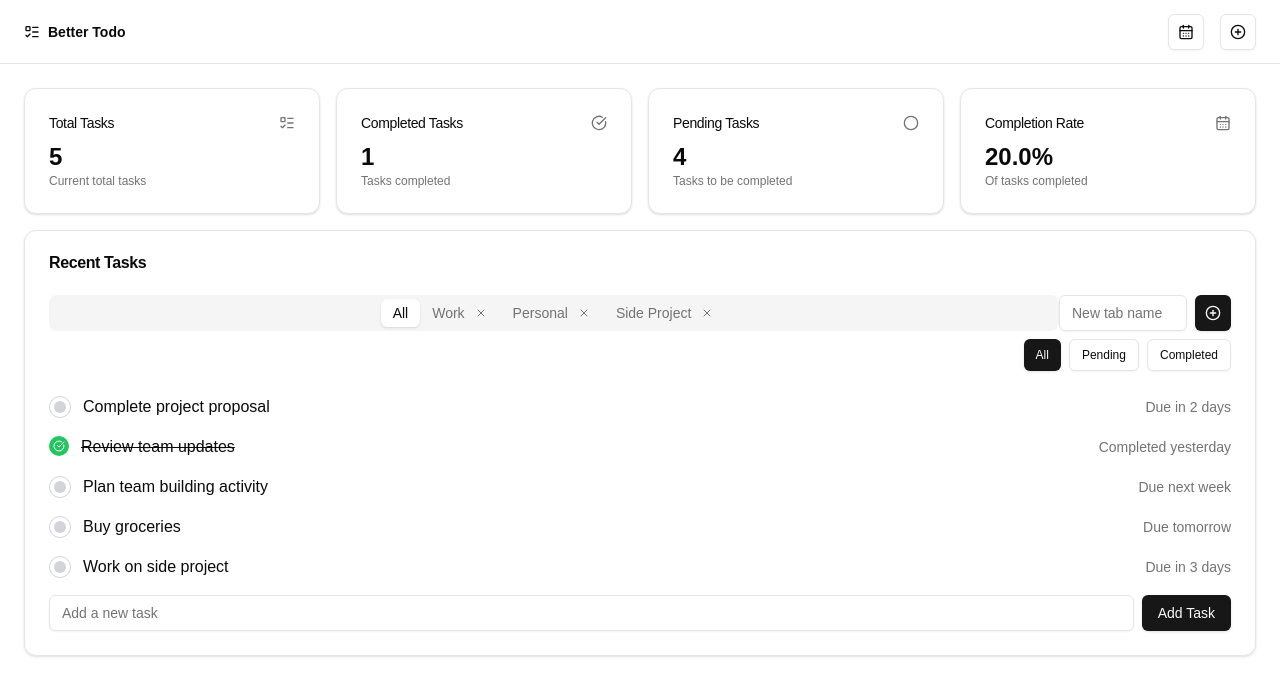
Repository: malikbarbier7/better-todo
Page: /dashboard
An editor plug-in stored every save of this project. The page is shown before and after the next save, followed by the edit.
The browser window is 1280 px wide. The pictures show the whole page.
The project was rebuilt for these pictures with package versions that can differ from the ones it lists, and the page was loaded fresh each time. The framework's server and built-in components were replaced by stand-ins that run in the browser. Also part of the build but not shown: next.config.js, next.config.mjs.

Above is the page before, as saved 2024-10-04 10:47:37.

### app/dashboard/page.tsx
import { Dashboard } from '@/components/dashboard'

export default function DashboardPage() {
  return <Dashboard />
}

### components/dashboard.tsx
'use client'

import React from 'react'
import { Button } from "@/components/ui/button"
import { Card, CardContent, CardHeader, CardTitle } from "@/components/ui/card"
import { Input } from "@/components/ui/input"
import { Tabs, TabsContent, TabsList, TabsTrigger } from "@/components/ui/tabs"
import { CalendarDays, CheckCircle, Circle, ListTodo, PlusCircle, X } from "lucide-react"

export function Dashboard() {
  const [tabs, setTabs] = React.useState(['All', 'Work', 'Personal', 'Side Project'])
  const [activeTab, setActiveTab] = React.useState('All')
  const [newTabName, setNewTabName] = React.useState('')
  const [newTaskName, setNewTaskName] = React.useState('')
  const [tasks, setTasks] = React.useState({
    'All': [
      { id: 1, name: 'Complete project proposal', status: 'pending', category: 'Work', dueDate: 'Due in 2 days' },
      { id: 2, name: 'Review team updates', status: 'completed', category: 'Work', dueDate: 'Completed yesterday' },
      { id: 3, name: 'Plan team building activity', status: 'pending', category: 'Work', dueDate: 'Due next week' },
      { id: 4, name: 'Buy groceries', status: 'pending', category: 'Personal', dueDate: 'Due tomorrow' },
      { id: 5, name: 'Work on side project', status: 'pending', category: 'Side Project', dueDate: 'Due in 3 days' },
    ],
    'Work': [
      { id: 1, name: 'Complete project proposal', status: 'pending', category: 'Work', dueDate: 'Due in 2 days' },
      { id: 2, name: 'Review team updates', status: 'completed', category: 'Work', dueDate: 'Completed yesterday' },
      { id: 3, name: 'Plan team building activity', status: 'pending', category: 'Work', dueDate: 'Due next week' },
    ],
    'Personal': [
      { id: 4, name: 'Buy groceries', status: 'pending', category: 'Personal', dueDate: 'Due tomorrow' },
    ],
    'Side Project': [
      { id: 5, name: 'Work on side project', status: 'pending', category: 'Side Project', dueDate: 'Due in 3 days' },
    ],
  })

  const [taskFilter, setTaskFilter] = React.useState('all')

  const handleAddTab = () => {
    if (newTabName && !tabs.includes(newTabName)) {
      setTabs([...tabs, newTabName])
      setTasks({ ...tasks, [newTabName]: [] })
      setActiveTab(newTabName)
      setNewTabName('')
    }
  }

  const handleRemoveTab = (tab: string) => {
    if (tab !== 'All') {
      const newTabs = tabs.filter(t => t !== tab)
      const { [tab]: removedTasks, ...restTasks } = tasks
      setTabs(newTabs)
      setTasks(restTasks)
      setActiveTab('All')
    }
  }

  const handleAddTask = (e: React.FormEvent) => {
    e.preventDefault()
    if (newTaskName) {
      const newTask = {
        id: Date.now(),
        name: newTaskName,
        status: 'pending',
        category: activeTab === 'All' ? 'Uncategorized' : activeTab,
        dueDate: 'Not set'
      }
      setTasks(prevTasks => ({
        ...prevTasks,
        [activeTab]: [...prevTasks[activeTab], newTask],
        'All': [...prevTasks['All'], newTask]
      }))
      setNewTaskName('')
    }
  }

  const handleTaskStatusChange = (taskId: string, newStatus: 'completed' | 'pending') => {
    setTasks(prevTasks => {
      const updatedTasks = { ...prevTasks };
      for (const category in updatedTasks) {
        updatedTasks[category] = updatedTasks[category].map(task =>
          task.id.toString() === taskId ? { ...task, status: newStatus } : task
        );
      }
      return updatedTasks;
    });
  };

  // Calculer le nombre total de tâches
  const totalTasks = tasks['All'].length;

  // Calculer le nombre de tâches complétées
  const completedTasks = tasks['All'].filter(task => task.status === 'completed').length;

  // Calculer le nombre de tâches en attente
  const pendingTasks = totalTasks - completedTasks;

  // Calculer le taux de complétion
  const completionRate = totalTasks > 0 ? ((completedTasks / totalTasks) * 100).toFixed(1) : '0.0';

  const filteredTasks = React.useMemo(() => {
    return tasks[activeTab]?.filter(task => {
      if (taskFilter === 'all') return true;
      if (taskFilter === 'pending') return task.status === 'pending';
      if (taskFilter === 'completed') return task.status === 'completed';
      return true;
    }) || [];
  }, [tasks, activeTab, taskFilter]);

  return (
    <div className="flex flex-col min-h-screen">
      <header className="flex items-center h-16 px-4 border-b shrink-0 md:px-6">
        <nav className="flex-1">
          <ul className="flex items-center gap-4 text-sm font-medium">
            <li className="flex items-center gap-2">
              <ListTodo className="w-4 h-4" />
              <span className="font-bold">Better Todo</span>
            </li>
          </ul>
        </nav>
        <div className="flex items-center gap-4 md:gap-2 lg:gap-4">
          <Button variant="outline" size="icon">
            <CalendarDays className="w-4 h-4" />
            <span className="sr-only">View calendar</span>
          </Button>
          <Button variant="outline" size="icon">
            <PlusCircle className="w-4 h-4" />
            <span className="sr-only">Create new task</span>
          </Button>
        </div>
      </header>
      <main className="flex-1 overflow-auto p-4 md:p-6">
        <div className="grid gap-4 md:grid-cols-2 lg:grid-cols-4">
          <Card>
            <CardHeader className="flex flex-row items-center justify-between pb-2 space-y-0">
              <CardTitle className="text-sm font-medium">Total Tasks</CardTitle>
              <ListTodo className="w-4 h-4 text-muted-foreground" />
            </CardHeader>
            <CardContent>
              <div className="text-2xl font-bold">{totalTasks}</div>
              <p className="text-xs text-muted-foreground">Current total tasks</p>
            </CardContent>
          </Card>
          <Card>
            <CardHeader className="flex flex-row items-center justify-between pb-2 space-y-0">
              <CardTitle className="text-sm font-medium">Completed Tasks</CardTitle>
              <CheckCircle className="w-4 h-4 text-muted-foreground" />
            </CardHeader>
            <CardContent>
              <div className="text-2xl font-bold">{completedTasks}</div>
              <p className="text-xs text-muted-foreground">Tasks completed</p>
            </CardContent>
          </Card>
          <Card>
            <CardHeader className="flex flex-row items-center justify-between pb-2 space-y-0">
              <CardTitle className="text-sm font-medium">Pending Tasks</CardTitle>
              <Circle className="w-4 h-4 text-muted-foreground" />
            </CardHeader>
            <CardContent>
              <div className="text-2xl font-bold">{pendingTasks}</div>
              <p className="text-xs text-muted-foreground">Tasks to be completed</p>
            </CardContent>
          </Card>
          <Card>
            <CardHeader className="flex flex-row items-center justify-between pb-2 space-y-0">
              <CardTitle className="text-sm font-medium">Completion Rate</CardTitle>
              <CalendarDays className="w-4 h-4 text-muted-foreground" />
            </CardHeader>
            <CardContent>
              <div className="text-2xl font-bold">{completionRate}%</div>
              <p className="text-xs text-muted-foreground">Of tasks completed</p>
            </CardContent>
          </Card>
        </div>
        <Card className="mt-4">
          <CardHeader>
            <CardTitle>Recent Tasks</CardTitle>
          </CardHeader>
          <CardContent>
            <Tabs value={activeTab} onValueChange={setActiveTab} className="w-full">
              <div className="flex flex-col">
                <div className="mb-4">
                  <div className="flex justify-between items-center">
                    <TabsList className="flex-grow">
                      {tabs.map((tab) => (
                        <TabsTrigger key={tab} value={tab} className="flex items-center">
                          {tab}
                          {tab !== 'All' && (
                            <Button
                              variant="ghost"
                              size="icon"
                              className="ml-2 h-4 w-4"
                              onClick={(e) => {
                                e.stopPropagation()
                                handleRemoveTab(tab)
                              }}
                            >
                              <X className="h-3 w-3" />
                            </Button>
                          )}
                        </TabsTrigger>
                      ))}
                    </TabsList>
                    <div className="flex items-center space-x-2">
                      <Input
                        placeholder="New tab name"
                        value={newTabName}
                        onChange={(e) => setNewTabName(e.target.value)}
                        className="w-32"
                      />
                      <Button onClick={handleAddTab} size="icon">
                        <PlusCircle className="h-4 w-4" />
                      </Button>
                    </div>
                  </div>
                  <div className="flex justify-end mt-2">
                    <div className="flex items-center space-x-2">
                      <Button
                        size="sm"
                        variant={taskFilter === 'all' ? 'default' : 'outline'}
                        onClick={() => setTaskFilter('all')}
                      >
                        All
                      </Button>
                      <Button
                        size="sm"
                        variant={taskFilter === 'pending' ? 'default' : 'outline'}
                        onClick={() => setTaskFilter('pending')}
                      >
                        Pending
                      </Button>
                      <Button
                        size="sm"
                        variant={taskFilter === 'completed' ? 'default' : 'outline'}
                        onClick={() => setTaskFilter('completed')}
                      >
                        Completed
                      </Button>
                    </div>
                  </div>
                </div>
                <div>
                  {tabs.map((tab) => (
                    <TabsContent key={tab} value={tab}>
                      <div className="space-y-4">
                        {filteredTasks.map((task) => (
                          <div key={task.id} className="flex items-center">
                            <div className="relative">
                              {task.status === 'completed' ? (
                                <button
                                  className="p-1 bg-green-500 text-white rounded-full"
                                  onClick={() => handleTaskStatusChange(task.id.toString(), 'pending')}
                                >
                                  <CheckCircle className="w-3 h-3" />
                                </button>
                              ) : (
                                <button
                                  className="p-1 border border-gray-300 rounded-full flex items-center justify-center"
                                  onClick={() => handleTaskStatusChange(task.id.toString(), 'completed')}
                                >
                                  <div className="w-3 h-3 bg-gray-300 rounded-full"></div>
                                </button>
                              )}
                            </div>
                            <span className={`ml-3 flex-1 ${task.status === 'completed' ? 'line-through' : ''}`}>{task.name}</span>
                            <span className="text-sm text-muted-foreground">{task.dueDate}</span>
                          </div>
                        ))}
                      </div>
                      <form onSubmit={handleAddTask} className="mt-4 flex items-center space-x-2">
                        <Input
                          placeholder="Add a new task"
                          value={newTaskName}
                          onChange={(e) => setNewTaskName(e.target.value)}
                          className="flex-grow"
                        />
                        <Button type="submit">Add Task</Button>
                      </form>
                    </TabsContent>
                  ))}
                </div>
              </div>
            </Tabs>
          </CardContent>
        </Card>
      </main>
    </div>
  )
}

### components/ui/button.tsx
import * as React from "react"
import { Slot } from "@radix-ui/react-slot"
import { cva, type VariantProps } from "class-variance-authority"

import { cn } from "@/lib/utils"

const buttonVariants = cva(
  "inline-flex items-center justify-center whitespace-nowrap rounded-md text-sm font-medium transition-colors focus-visible:outline-none focus-visible:ring-1 focus-visible:ring-ring disabled:pointer-events-none disabled:opacity-50",
  {
    variants: {
      variant: {
        default:
          "bg-primary text-primary-foreground shadow hover:bg-primary/90",
        destructive:
          "bg-destructive text-destructive-foreground shadow-sm hover:bg-destructive/90",
        outline:
          "border border-input bg-background shadow-sm hover:bg-accent hover:text-accent-foreground",
        secondary:
          "bg-secondary text-secondary-foreground shadow-sm hover:bg-secondary/80",
        ghost: "hover:bg-accent hover:text-accent-foreground",
        link: "text-primary underline-offset-4 hover:underline",
      },
      size: {
        default: "h-9 px-4 py-2",
        sm: "h-8 rounded-md px-3 text-xs",
        lg: "h-10 rounded-md px-8",
        icon: "h-9 w-9",
      },
    },
    defaultVariants: {
      variant: "default",
      size: "default",
    },
  }
)

export interface ButtonProps
  extends React.ButtonHTMLAttributes<HTMLButtonElement>,
    VariantProps<typeof buttonVariants> {
  asChild?: boolean
}

const Button = React.forwardRef<HTMLButtonElement, ButtonProps>(
  ({ className, variant, size, asChild = false, ...props }, ref) => {
    const Comp = asChild ? Slot : "button"
    return (
      <Comp
        className={cn(buttonVariants({ variant, size, className }))}
        ref={ref}
        {...props}
      />
    )
  }
)
Button.displayName = "Button"

export { Button, buttonVariants }

### components/ui/card.tsx
import * as React from "react"

import { cn } from "@/lib/utils"

const Card = React.forwardRef<
  HTMLDivElement,
  React.HTMLAttributes<HTMLDivElement>
>(({ className, ...props }, ref) => (
  <div
    ref={ref}
    className={cn(
      "rounded-xl border bg-card text-card-foreground shadow",
      className
    )}
    {...props}
  />
))
Card.displayName = "Card"

const CardHeader = React.forwardRef<
  HTMLDivElement,
  React.HTMLAttributes<HTMLDivElement>
>(({ className, ...props }, ref) => (
  <div
    ref={ref}
    className={cn("flex flex-col space-y-1.5 p-6", className)}
    {...props}
  />
))
CardHeader.displayName = "CardHeader"

const CardTitle = React.forwardRef<
  HTMLParagraphElement,
  React.HTMLAttributes<HTMLHeadingElement>
>(({ className, ...props }, ref) => (
  <h3
    ref={ref}
    className={cn("font-semibold leading-none tracking-tight", className)}
    {...props}
  />
))
CardTitle.displayName = "CardTitle"

const CardDescription = React.forwardRef<
  HTMLParagraphElement,
  React.HTMLAttributes<HTMLParagraphElement>
>(({ className, ...props }, ref) => (
  <p
    ref={ref}
    className={cn("text-sm text-muted-foreground", className)}
    {...props}
  />
))
CardDescription.displayName = "CardDescription"

const CardContent = React.forwardRef<
  HTMLDivElement,
  React.HTMLAttributes<HTMLDivElement>
>(({ className, ...props }, ref) => (
  <div ref={ref} className={cn("p-6 pt-0", className)} {...props} />
))
CardContent.displayName = "CardContent"

const CardFooter = React.forwardRef<
  HTMLDivElement,
  React.HTMLAttributes<HTMLDivElement>
>(({ className, ...props }, ref) => (
  <div
    ref={ref}
    className={cn("flex items-center p-6 pt-0", className)}
    {...props}
  />
))
CardFooter.displayName = "CardFooter"

export { Card, CardHeader, CardFooter, CardTitle, CardDescription, CardContent }

### components/ui/input.tsx
import * as React from "react"

import { cn } from "@/lib/utils"

export interface InputProps
  extends React.InputHTMLAttributes<HTMLInputElement> {}

const Input = React.forwardRef<HTMLInputElement, InputProps>(
  ({ className, type, ...props }, ref) => {
    return (
      <input
        type={type}
        className={cn(
          "flex h-9 w-full rounded-md border border-input bg-transparent px-3 py-1 text-sm shadow-sm transition-colors file:border-0 file:bg-transparent file:text-sm file:font-medium file:text-foreground placeholder:text-muted-foreground focus-visible:outline-none focus-visible:ring-1 focus-visible:ring-ring disabled:cursor-not-allowed disabled:opacity-50",
          className
        )}
        ref={ref}
        {...props}
      />
    )
  }
)
Input.displayName = "Input"

export { Input }

### components/ui/tabs.tsx
"use client"

import * as React from "react"
import * as TabsPrimitive from "@radix-ui/react-tabs"

import { cn } from "@/lib/utils"

const Tabs = TabsPrimitive.Root

const TabsList = React.forwardRef<
  React.ElementRef<typeof TabsPrimitive.List>,
  React.ComponentPropsWithoutRef<typeof TabsPrimitive.List>
>(({ className, ...props }, ref) => (
  <TabsPrimitive.List
    ref={ref}
    className={cn(
      "inline-flex h-9 items-center justify-center rounded-lg bg-muted p-1 text-muted-foreground",
      className
    )}
    {...props}
  />
))
TabsList.displayName = TabsPrimitive.List.displayName

const TabsTrigger = React.forwardRef<
  React.ElementRef<typeof TabsPrimitive.Trigger>,
  React.ComponentPropsWithoutRef<typeof TabsPrimitive.Trigger>
>(({ className, ...props }, ref) => (
  <TabsPrimitive.Trigger
    ref={ref}
    className={cn(
      "inline-flex items-center justify-center whitespace-nowrap rounded-md px-3 py-1 text-sm font-medium ring-offset-background transition-all focus-visible:outline-none focus-visible:ring-2 focus-visible:ring-ring focus-visible:ring-offset-2 disabled:pointer-events-none disabled:opacity-50 data-[state=active]:bg-background data-[state=active]:text-foreground data-[state=active]:shadow",
      className
    )}
    {...props}
  />
))
TabsTrigger.displayName = TabsPrimitive.Trigger.displayName

const TabsContent = React.forwardRef<
  React.ElementRef<typeof TabsPrimitive.Content>,
  React.ComponentPropsWithoutRef<typeof TabsPrimitive.Content>
>(({ className, ...props }, ref) => (
  <TabsPrimitive.Content
    ref={ref}
    className={cn(
      "mt-2 ring-offset-background focus-visible:outline-none focus-visible:ring-2 focus-visible:ring-ring focus-visible:ring-offset-2",
      className
    )}
    {...props}
  />
))
TabsContent.displayName = TabsPrimitive.Content.displayName

export { Tabs, TabsList, TabsTrigger, TabsContent }

Loaded but not shown: app/layout.tsx (common file); app/globals.css (common file); lib/utils.ts (common file); tailwind.config.ts (common file)

After the next save:
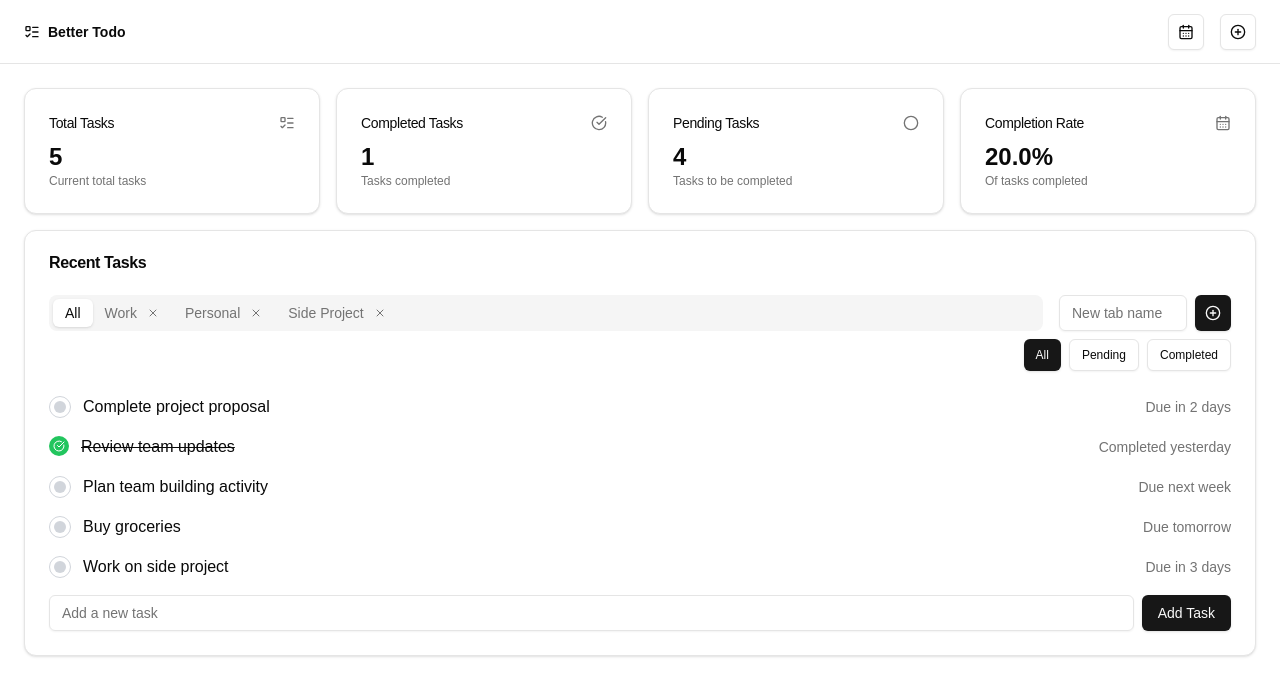
Saved 70 s later.
--- a/components/dashboard.tsx
+++ b/components/dashboard.tsx
@@ -180,7 +180,7 @@ export function Dashboard() {
               <div className="flex flex-col">
                 <div className="mb-4">
                   <div className="flex justify-between items-center">
-                    <TabsList className="flex-grow">
+                    <TabsList className="flex-grow justify-start">
                       {tabs.map((tab) => (
                         <TabsTrigger key={tab} value={tab} className="flex items-center">
                           {tab}
@@ -200,7 +200,7 @@ export function Dashboard() {
                         </TabsTrigger>
                       ))}
                     </TabsList>
-                    <div className="flex items-center space-x-2">
+                    <div className="flex items-center space-x-2 ml-4">
                       <Input
                         placeholder="New tab name"
                         value={newTabName}
